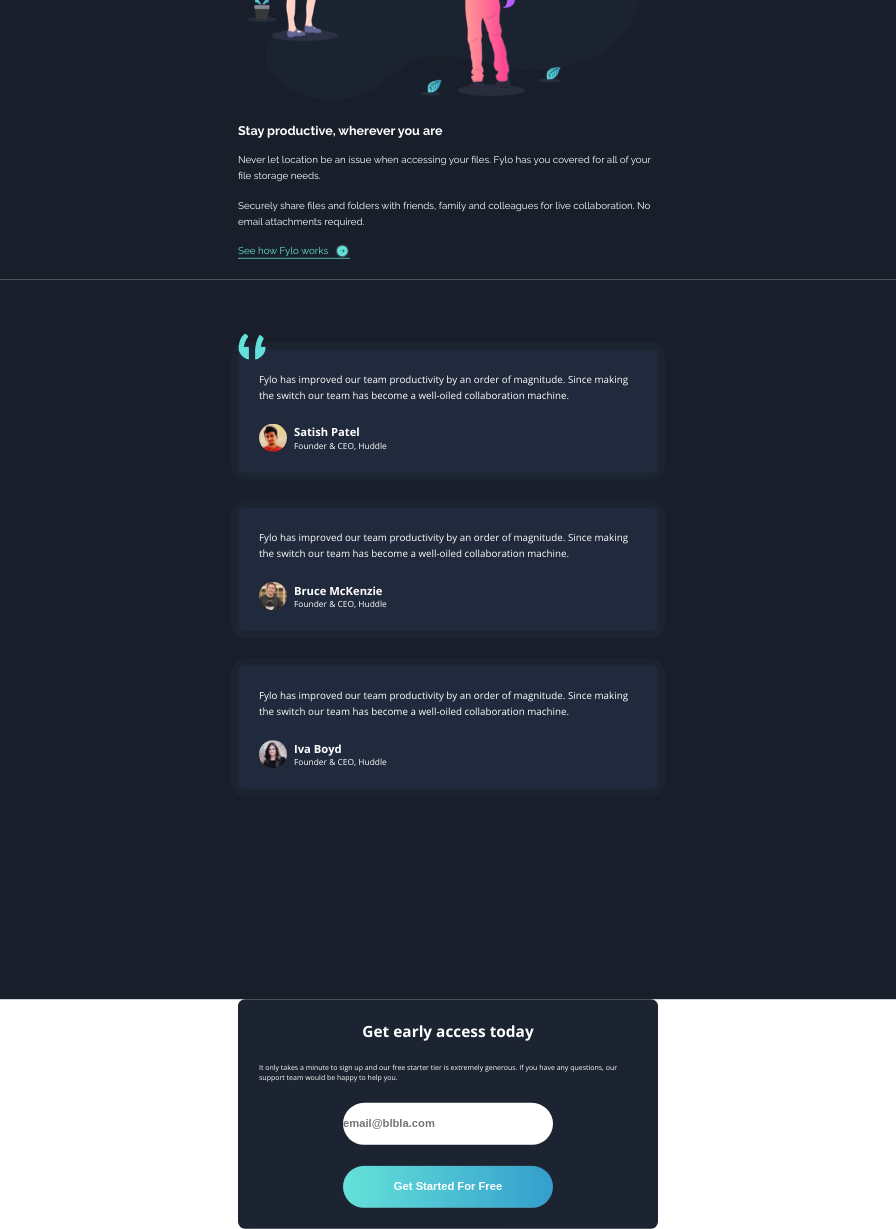
Repository: tomas938/fylo-dark-theme-landing-page-master
Page: index.html
These files come from the project's save history. The page is drawn as it stood at one moment and after a run of saves; the edit follows.
The browser window is 1280 px wide. The pictures show the part of the page from y = 2268 to 4188 px (the page is 4024 px tall before and 4188 px after), at 70% of full size.
The style sheet was rebuilt from its Sass, Less or Tailwind sources for each picture, by a compiler version that may differ from the author's.

Above is the page before, as saved 2021-08-05 17:11:47.

### index.html
<!DOCTYPE html>
<html lang="en">
	<head>
		<meta charset="UTF-8" />
		<meta name="viewport" content="width=device-width, initial-scale=1.0" />
		<link
			rel="icon"
			type="image/png"
			sizes="32x32"
			href="./images/favicon-32x32.png"
		/>
		<title>
			Frontend Mentor | Fylo landing page with dark theme and features grid
		</title>
		<link rel="stylesheet" href="/scss/main.css" />
	</head>
	<body>
		<section class="intro">
			<nav class="intro__navigation">
				<img src="/images/logo.svg" alt="" />
				<ul class="intro__navigation__links">
					<li><a href="#">Features</a></li>
					<li><a href="#">Team</a></li>
					<li><a href="#">Sign In</a></li>
				</ul>
			</nav>
			<div class="intro__description">
				<img class="bg-image" src="/images/illustration-intro.png" alt="" />
				<h1>All your files in one secure location, accessible anywhere.</h1>
				<p>
					Fylo stores all your most important files in one secure location.
					Access them wherever you need, share and collaborate with friends
					family, and co-workers.
				</p>
				<button class="blue-rounded">Get Started</button>
			</div>
		</section>
		<section class="about">
			<div class="about__item">
				<img src="/images/icon-access-anywhere.svg" class="icon"></img>
				<h3>Access your files, anywhere</h3>
				<p>
					The ability to use a smartphone, tablet, or computer to access your
					account means your files follow you everywhere.
				</p>
			</div>
			<div class="about__item">
				<img src="/images/icon-security.svg" class="icon"></img>
				<h3>Security you can trust</h3>
				<p>
					2-factor authentication and user-controlled encryption are just a
					couple of the security features we allow to help secure your files.
				</p>
			</div>
			<div class="about__item">
				<img src="/images/icon-collaboration.svg" class="icon"></img>
				<h3>Real-time collaboration</h3>
				<p>
					Securely share files and folders with friends, family and colleagues
					for live collaboration. No email attachments required.
				</p>
			</div>
			<div class="about__item">
				<img src="/images/icon-any-file.svg" class="icon"></img>
				<h3>Store any type of file</h3>
				<p>
					Whether you're sharing holidays photos or work documents, Fylo has you
					covered allowing for all file types to be securely stored and shared.
				</p>
			</div>
		</section>
    <section class="informations">
      <div class="informations__image">
        <img src="/images/illustration-stay-productive.png" alt="">
      </div>
      <div class="informations__content">
        <h4>Stay productive, wherever you are</h4>
        <p> Never let location be an issue when
		accessing your files. Fylo has you covered for all of your file storage
		needs.</p>
        <p> Securely share files and folders with friends, family and colleagues
		for live collaboration. No email attachments required.</p>
        <div class="link">
          <a href="#"> See how Fylo works</a>
          <img src="/images/icon-arrow.svg" alt="">
        </div>
      </div>
    </section>
    <section class="testimonials">
      <div class="testimonials__item">
        <img class="quotes" src="/images/bg-quotes.png" alt="">
        <p>	Fylo has improved our team productivity by an order of magnitude. Since
		making the switch our team has become a well-oiled collaboration machine.</p>
      <div class="person">
        <img src="/images/profile-1.jpg" alt="">
        <div class="person__information">
          <h4>	Satish Patel </h4>
          <h5> Founder & CEO, Huddle</h5>
        </div>
      </div>
      </div>
      <div class="testimonials__item">
        <p>	Fylo has improved our team productivity
		by an order of magnitude. Since making the switch our team has become a
		well-oiled collaboration machine.</p>
      <div class="person">
        <img src="/images/profile-2.jpg" alt="">
        <div class="person__information">
          <h4>Bruce McKenzie </h4>
          <h5> Founder & CEO, Huddle</h5>
        </div>
      </div>
      </div>
      <div class="testimonials__item">
        <p>	Fylo has improved our team productivity
		by an order of magnitude. Since making the switch our team has become a
		well-oiled collaboration machine.</p>
      <div class="person">
        <img src="/images/profile-3.jpg" alt="">
        <div class="person__information">
          <h4>	Iva Boyd </h4>
          <h5> Founder & CEO, Huddle</h5>
        </div>
      </div>
      </div>
    </section>
	<div class="contact">
		<div class="contact__item">
			<h3>Get early access today</h3>
			<p>	 It only takes a minute to sign
		  up and our free starter tier is extremely generous. If you have any
		  questions, our support team would be happy to help you.</p>
		  <input type="text" placeholder="email@blbla.com">
		  <button class="blue-rounded ">Get Started For Free</button>
		</div>
	</div>


		Lorem ipsum dolor sit amet, consectetur adipiscing elit, sed do eiusmod
		tempor incididunt ut labore et dolore magna aliqua +1-543-123-4567
		example@fylo.com About Us Jobs Press Blog Contact Us Terms Privacy

		<footer></footer>
	</body>
</html>

### scss/main.scss
@import "./_partials/variables";
@import "./_partials/_reset";
@import "./_partials/_intro";
@import "./_partials/_about";
@import "./_partials/_informations";
@import "./_partials/_testimonials";
@import "./_partials/_contact";

### scss/_partials/_variables.scss
// COLORS //

// ### Primary //

$intro-bg: hsl(217, 28%, 15%); // intro email sign up
$main-bg: hsl(218, 28%, 13%);
$footer-bg: hsl(216, 53%, 9%);
$testimonials-bg: hsl(219, 30%, 18%);

// ### Accent //

$cayn: hsl(176, 68%, 64%); //(inside call-to-action gradient)//
$blue: hsl(198, 60%, 50%); //(inside call-to-action gradient)//
$error: hsl(0, 100%, 63%);

// ### Neutral //

$white: hsl(0, 0%, 100%);

// FONTS //

// ### Headings, Call-to-actions, Header Navigation //

@import url("https://fonts.googleapis.com/css2?family=Raleway:wght@400;700&display=swap");

$heading-font: "Raleway", sans-serif;
$heading-light: 400;
$heading-bold: 700;

// ### Body //

@import url("https://fonts.googleapis.com/css2?family=Open+Sans:wght@400;700&family=Raleway:wght@400;700&display=swap");

$body-font: "Open Sans", sans-serif;
$body-light: 400;
$body-bold: 700;

// Button
.blue-rounded {
	max-width: 30rem;
	font-size: 1.6rem;
	font-weight: $heading-bold;
	border: none;
	outline: none;
	color: $white;
	background-image: linear-gradient(to right, $cayn, $blue);
	border-radius: 3rem;
	height: 6rem;
	width: 100%;
}

### scss/_partials/_reset.scss
* {
	margin: 0;
	padding: 0;
	box-sizing: border-box;
}
body {
	color: $white;
	font-family: $body-font;
}
html {
	font-size: 62.5%;
	// @media only screen and (max-width: 375px) {
	// 	font-size: 92.5%;
	// }
}
a {
	text-decoration: none;
}
li {
	list-style: none;
}

### scss/_partials/_intro.scss
.intro {
	background-color: $intro-bg;
	font-family: $heading-font;
	background-image: url(/images/bg-curvy-mobile.svg);
	background-repeat: no-repeat;
	background-position: bottom;
	background-size: 150% 50%;

	&__navigation {
		padding: 3rem 2rem;
		display: flex;
		justify-content: space-between;
	}
	img {
		width: 10rem;
		height: 2.95rem;
	}

	&__navigation__links {
		display: flex;
		align-items: center;
	}
	li:not(:last-child) {
		margin-right: 2.2rem;
	}
	a {
		color: $white;
		font-weight: $heading-light;
		font-size: 1.4rem;
	}
	&__description {
		max-width: 60rem;
		padding: 3rem;
		margin: auto;
		display: flex;
		flex-direction: column;
		align-items: center;
		grid-gap: 2rem;
	}
	.bg-image {
		width: 100%;
		height: 100%;
	}
	h1 {
		font-size: 2.5rem;
		text-align: center;
		line-height: 3.5rem;
	}
	p {
		font-size: 1.4rem;
		line-height: 2.3rem;
		text-align: center;
	}
}

### scss/_partials/_about.scss
.about {
	display: grid;
	grid-template-columns: 1fr;
	justify-items: center;
	grid-gap: 5rem;
	background-color: $main-bg;
	font-family: $heading-font;
	padding: 5rem 0;
	&__item {
		max-width: 35rem;
		display: flex;
		flex-direction: column;
		align-items: center;
		justify-content: center;
		padding: 0 1.5rem;
		grid-gap: 1rem;
	}
	.icon {
		margin-bottom: 3rem;
	}
	h3 {
		font-size: 2.2rem;
	}
	p {
		font-size: 1.4rem;
		line-height: 2.3rem;
	}
	h3,
	p {
		text-align: center;
	}
}

### scss/_partials/_informations.scss
.informations {
	display: flex;
	flex-direction: column;
	justify-content: center;
	align-items: center;
	grid-gap: 3rem;
	font-family: $heading-font;
	background-color: $main-bg;
	padding: 3rem;
	&__image {
		img {
			width: 100%;
		}
	}
	&__content {
		max-width: 60rem;

		display: flex;
		flex-direction: column;
		grid-gap: 2rem;
	}
	h3 {
		text-align: center;
	}

	h4 {
		font-size: 1.8rem;
	}
	p {
		font-size: 1.4rem;
		line-height: 2.3rem;
		text-align: left;
	}
	.link {
		display: flex;
		align-items: center;
		justify-content: flex-start;
		border-bottom: 1px solid $cayn;
		width: 16rem;
		a {
			font-size: 1.4rem;
			color: $cayn;
		}
		img {
			margin-left: 1rem;
			height: 2rem;
		}
	}
}

### scss/_partials/_testimonials.scss
.testimonials {
	background-color: $main-bg;
	display: flex;
	flex-direction: column;
	align-items: center;
	grid-gap: 5rem;
	padding: 10rem 4rem 30rem 4rem;
	position: relative;
	&__item {
		max-width: 60rem;
		background-color: $testimonials-bg;
		border-radius: 1rem;
		box-shadow: 0px 0px 0px 10px $intro-bg;
		padding: 3rem;
		display: flex;
		flex-direction: column;
		grid-gap: 3rem;
		position: relative;
		.quotes {
			position: absolute;
			top: -2.5rem;
			left: 0;
		}
	}
	.person {
		display: flex;
		align-items: center;
		grid-gap: 1rem;
	}
	img {
		border-radius: 50%;
		width: 4rem;
		height: 4rem;
	}
	p {
		font-size: 1.4rem;
		line-height: 2.3rem;
	}
	h4 {
		font-size: 1.6rem;
	}
	h5 {
		font-size: 1.2rem;
		font-weight: $heading-light;
	}
}

### scss/_partials/_contact.scss
.contact {
	display: flex;
	justify-content: center;
	position: relative;
	.contact__item {
		position: absolute;
		top: -50%;
		background-color: $intro-bg;
		padding: 3rem;
		border-radius: 1rem;
		max-width: 60rem;
		display: flex;
		flex-direction: column;
		align-items: center;
		grid-gap: 3rem;
	}
	h3 {
		font-size: 2.2rem;
	}
	input {
		max-width: 30rem;
		font-size: 1.6rem;
		font-weight: $heading-bold;
		border: none;
		outline: none;
		color: $white;
		border-radius: 3rem;
		height: 6rem;
		width: 100%;
	}
}

After the next 2 saves:
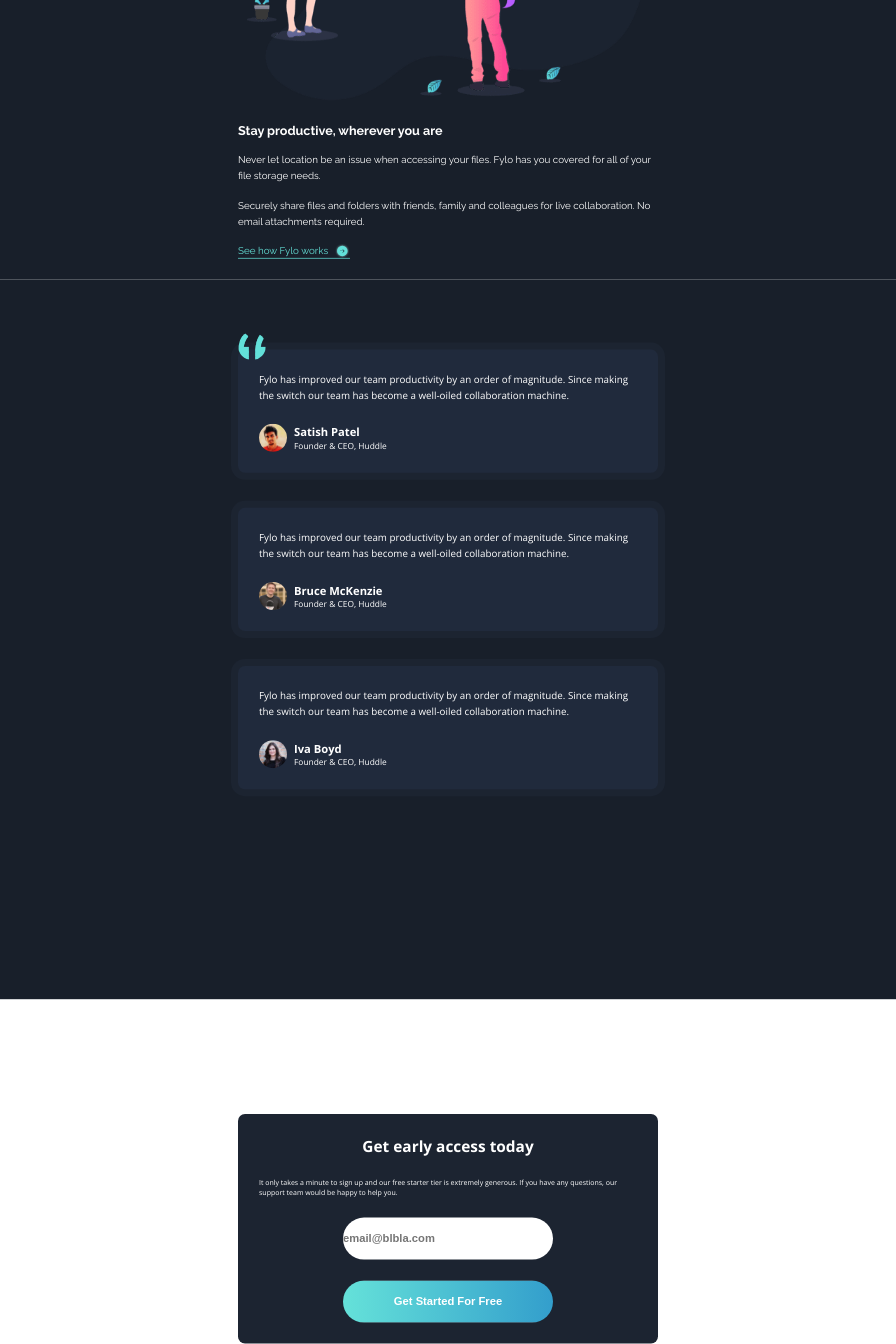
The 2 saves are shown as one change because they came seconds apart.
The last was saved 12 s later.
--- a/scss/_partials/_contact.scss
+++ b/scss/_partials/_contact.scss
@@ -3,8 +3,7 @@
 	justify-content: center;
 	position: relative;
 	.contact__item {
-		position: absolute;
-		top: -50%;
+		transform: translateY(50%);
 		background-color: $intro-bg;
 		padding: 3rem;
 		border-radius: 1rem;
